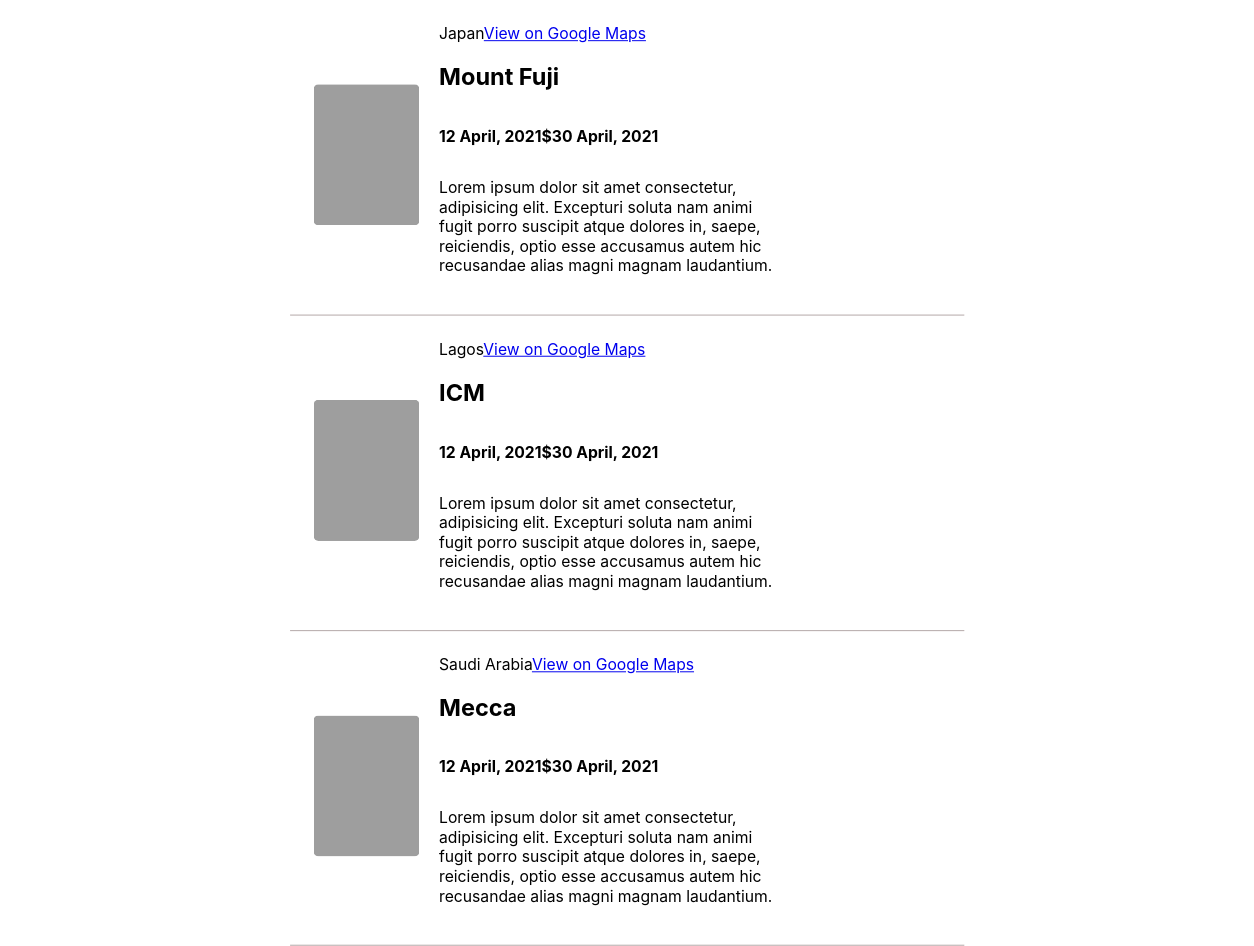
Repository: BuduCE/travel-journal
Page: /
These files come from the project's save history. The page is drawn as it stood at one moment and after a run of saves; the edit follows.
The browser window is 1280 px wide. The pictures show the whole page, at 98% of full size.
Pictures or frames that could not be fetched are drawn as grey boxes. The project was rebuilt for these pictures with package versions that can differ from the ones it lists, and the page was loaded fresh each time. Also part of the build but not shown: src/components/Home/styles.css, src/components/Home/index.jsx.

Above is the page before, as saved 2022-08-25 12:38:02.

### src/App.js
import './App.css';
import Home from './components/Home';
import Tour from './components/Tour';
import data from './data'

function App() {
  // Mapping through the data file
  const places = data.map(place => {
    return <Tour
              key = {place.id}
              {...place}
            />
  })

  return (
    <div className="App">
      {/* <Home /> */}
      {/* <Tour /> */}
      {places}
    </div>
  );
}

export default App;

### src/components/Tour/index.jsx
import './styles.css'
import camp from './camp.jpg'

const Tour = (props) => {
  return (
    <div className='Tour'>
      {/* Section 1 */}
      <div className="tour-img">
        {/* <img src={camp} alt="" /> */}
        <img src={props.image} alt="" />
      </div>

      {/* Section 2 */}
      <div className="tour-info">
        <div className="tour-loc">
          <img src="" alt="" />
          <span>{props.location}</span>
          <a href={props.googleMapsUrl}>View on Google Maps</a>
        </div>
        <h2>{props.title}</h2>
        <div className="tour-data">
          <p><b>{props.startDate}</b></p>
          <p><b>${props.endDate}</b></p>
        </div>

        <p className='tour-desc'>
          Lorem ipsum dolor sit amet consectetur, adipisicing elit. Excepturi soluta nam animi fugit porro suscipit atque dolores in, saepe, reiciendis, optio esse accusamus autem hic recusandae alias magni magnam laudantium.
        </p>
      </div>

    </div>
  )
}

export default Tour

### src/data.js
export default [
    {
        id: 1,
        title: "Mount Fuji",
        location: "Japan",
        googleMapsUrl: "https://googlemaps",
        startDate: "12 April, 2021",
        endDate: "30 April, 2021",
        image: "https://images.unsplash.com/photo-1657214059212-104dac959c56?ixlib=rb-1.2.1&ixid=MnwxMjA3fDF8MHxzZWFyY2h8MXx8dHJhdmVsfGVufDB8fDB8fA%3D%3D&auto=format&fit=crop&w=500&q=60",
    },
    {
        id: 2,
        title: "ICM",
        location: "Lagos",
        googleMapsUrl: "https://googlemaps",
        startDate: "12 April, 2021",
        endDate: "30 April, 2021",
        image:"https://images.unsplash.com/photo-1527631746610-bca00a040d60?ixlib=rb-1.2.1&ixid=MnwxMjA3fDB8MHxzZWFyY2h8MTJ8fHRyYXZlbHxlbnwwfHwwfHw%3D&auto=format&fit=crop&w=500&q=60",
    },
    {
        id: 3,
        title: "Mecca",
        location: "Saudi Arabia",
        googleMapsUrl: "https://googlemaps",
        startDate: "12 April, 2021",
        endDate: "30 April, 2021",
        image:"https://images.unsplash.com/photo-1528543606781-2f6e6857f318?ixlib=rb-1.2.1&ixid=MnwxMjA3fDB8MHxzZWFyY2h8MTh8fHRyYXZlbHxlbnwwfHwwfHw%3D&auto=format&fit=crop&w=500&q=60",
    },
]

### src/components/Tour/styles.css
.Tour{
    width: 50%;
    margin: auto;
    display: grid;
    grid-template-columns: 1fr 4fr;
    padding: 24px;
    align-items: center;
    border-bottom: 1px solid #b3a7a7;
}
.tour-img{
    margin-right: 20px;
}
.tour-img > img{
    width: 100%;
    height: 20vh;
    border-radius: 5px;
}
.tour-data{
    display: flex;
}
.tour-desc{
    width: 70%;
}

Loaded but not shown: public/index.html (common file); src/index.js (common file); src/index.css (common file); src/reportWebVitals.js (common file); src/App.css (common file)

After the next 4 saves:
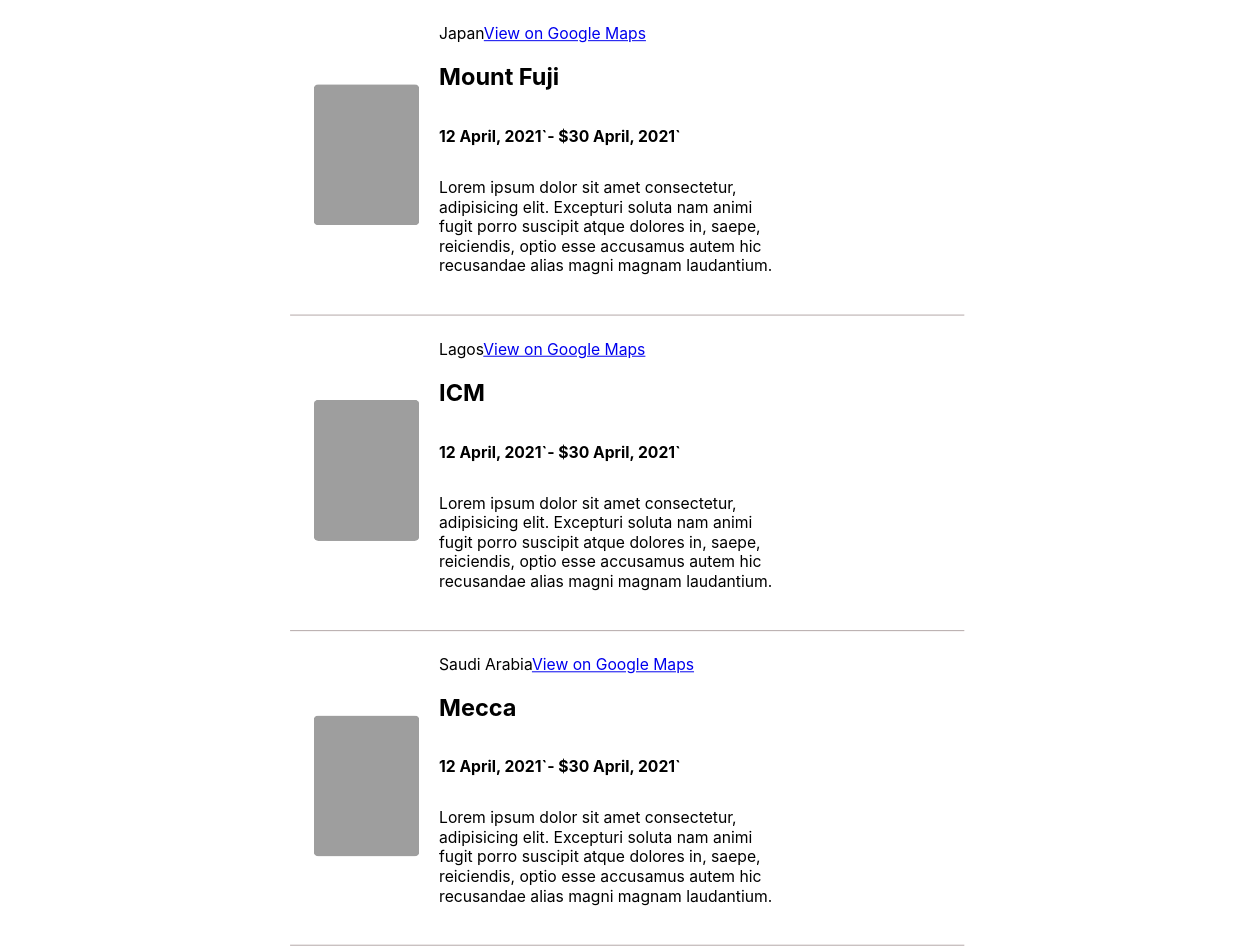
The 4 saves are shown as one change because they came seconds apart.
The last was saved 12 s later.
--- a/src/components/Tour/index.jsx
+++ b/src/components/Tour/index.jsx
@@ -20,7 +20,7 @@
         <h2>{props.title}</h2>
         <div className="tour-data">
           <p><b>{props.startDate}</b></p>
-          <p><b>${props.endDate}</b></p>
+          <p><b>`- ${props.endDate}`</b></p>
         </div>
 
         <p className='tour-desc'>
